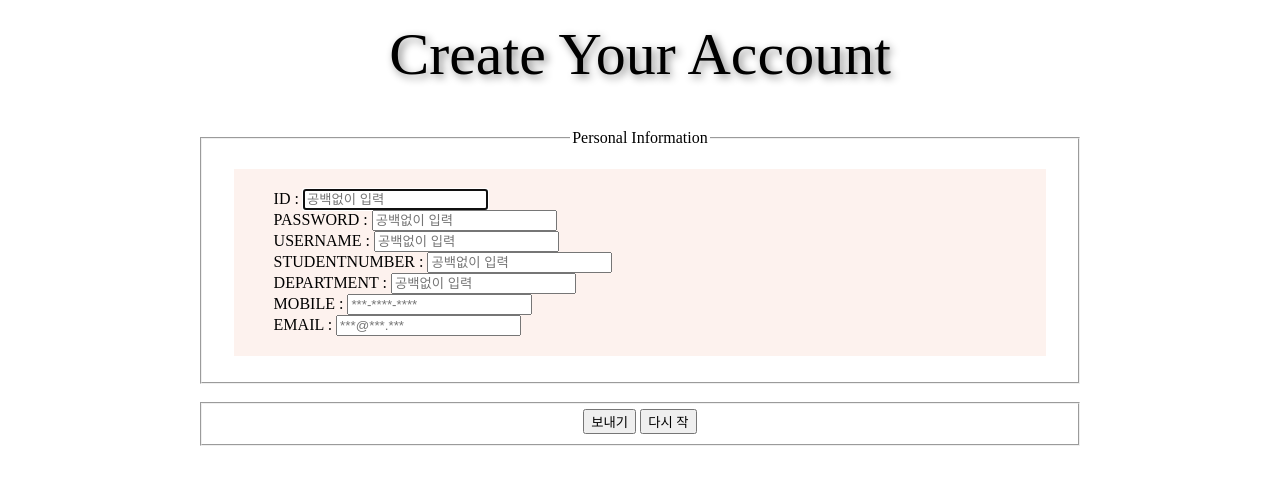
Repository: ljdongz/jsp-project
Page: project1/jeongdong_reg/src/main/webapp/register.html
These files come from the project's save history. The page is drawn as it stood at one moment and after the next save; the edit follows.
The browser window is 1280 px wide. The pictures show the whole page.

Above is the page before, as saved 2022-09-27 13:29:09.

After the next save:
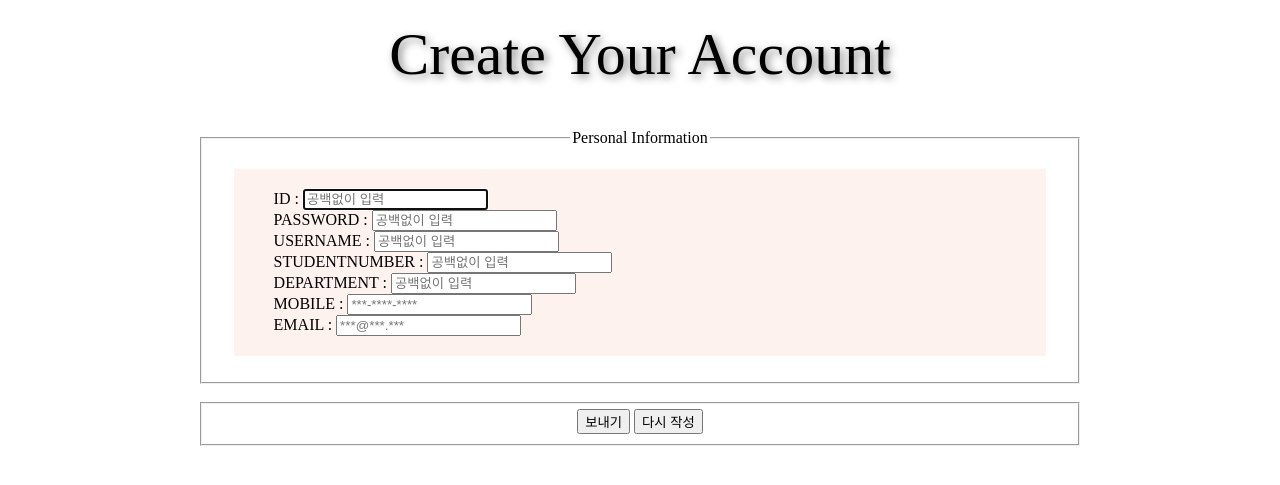
Saved 43 s later.
--- a/project1/jeongdong_reg/src/main/webapp/register.html
+++ b/project1/jeongdong_reg/src/main/webapp/register.html
@@ -26,9 +26,10 @@
 		<br>
 		<fieldset>
 			<input type="submit" name="submit" value="보내기">
-			<input type="reset" name="reset" value="다시 작">
+			<input type="reset" name="reset" value="다시 작성">
 		</fieldset>
 		</form>
+		<a href="http://localhost:8080/jeongdong_reg/welcome.html"></a>
 	</div>
 </body>
 </html>
